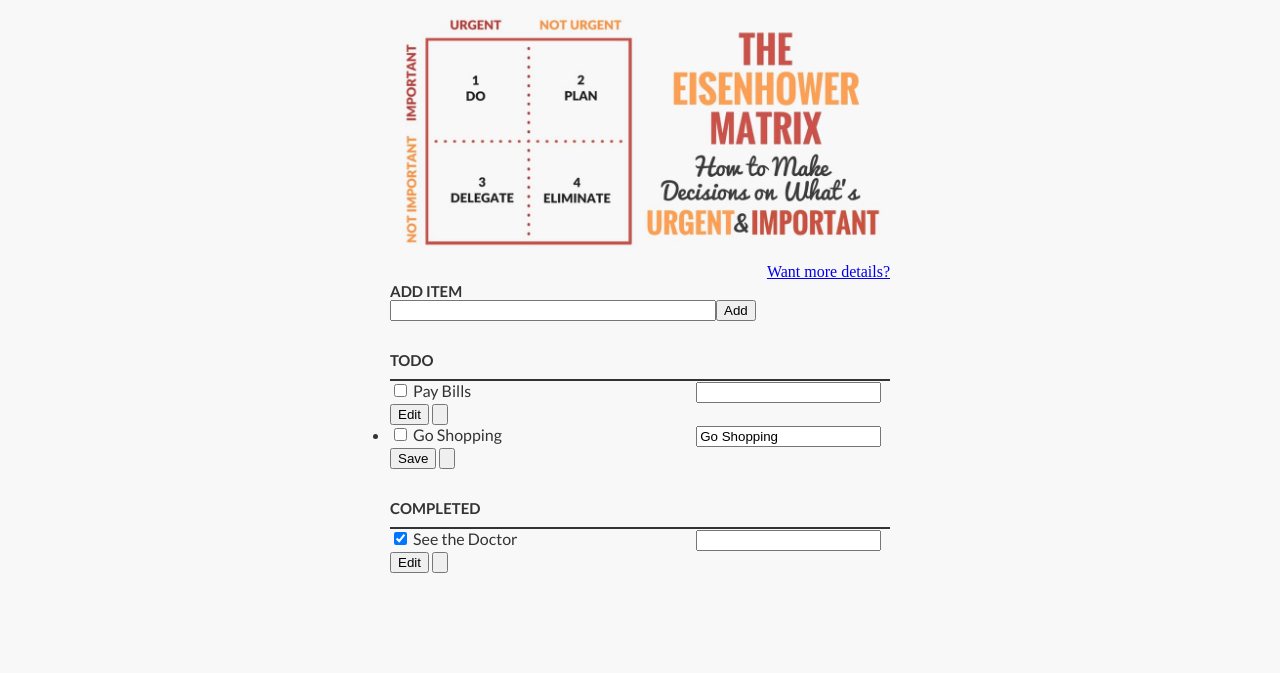
Repository: dev1siWoo/clean-code-s1e1
Page: index.html
These files come from the project's save history. The page is drawn as it stood at one moment and after a run of saves; the edit follows.
The browser window is 1280 px wide. The pictures show the whole page.

Above is the page before, as saved 2024-01-08 23:30:56.
Console error: TypeError: Cannot set properties of null (setting 'onchange')

After the next 2 saves:
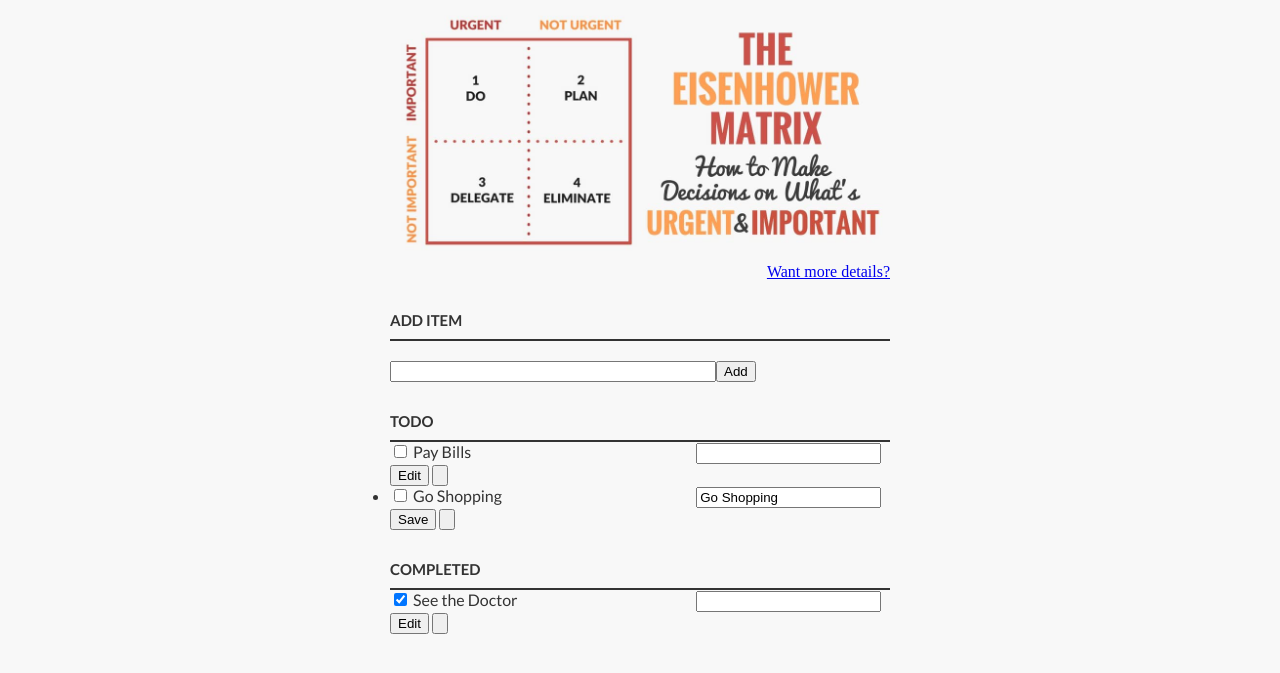
The 2 saves are shown as one change because they came seconds apart.
The last was saved 12 s later.
--- a/style.css
+++ b/style.css
@@ -102,7 +102,7 @@
 }
 
 /* New Task */
-.label[for="new-task"] {
+.add-section {
   display: block;
   margin: 0 0 20px;
 }
